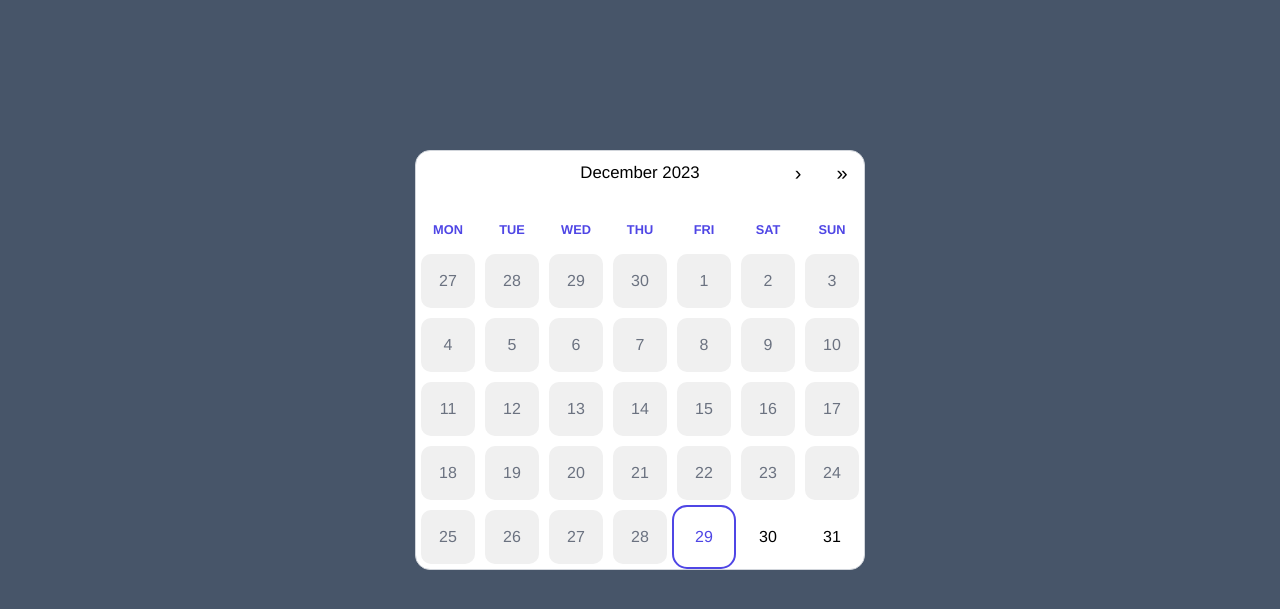
Repository: ImedBousakhria/appointment_system_prototype
Page: /
An editor plug-in stored every save of this project. The page is shown before and after a run of saves, followed by the edit.
The browser window is 1280 px wide. The pictures show the whole page.
The project was rebuilt for these pictures with package versions that can differ from the ones it lists, and the page was loaded fresh each time. Also part of the build but not shown: vite.config.js.

Above is the page before, as saved 2023-12-30 16:39:09.

After the next 2 saves:
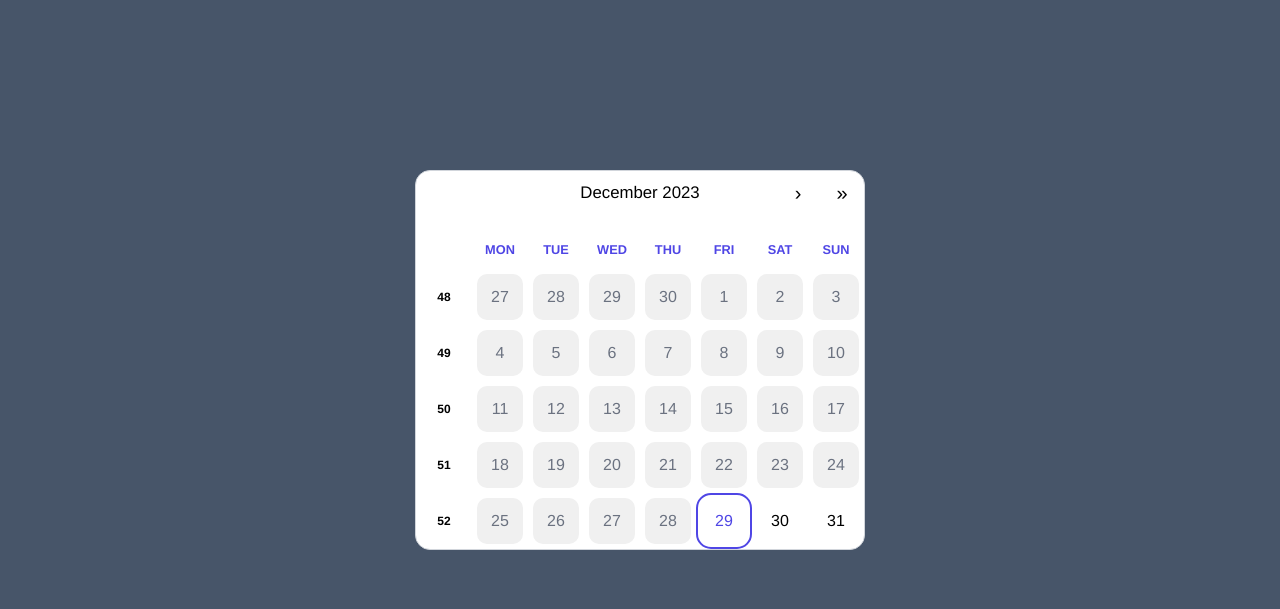
The 2 saves are shown as one change because they came seconds apart.
The last was saved 2 min 5 s later.
--- a/src/Calendar.jsx
+++ b/src/Calendar.jsx
@@ -42,6 +42,7 @@
   return (
     <div className=" bg-slate-600 flex gap-6 items-center h-screen justify-center">
       <ReactCalendar
+      showWeekNumbers
         minDate={new Date()}
         className="REACT-CALENDAR"
         view="month"

After the save that followed:
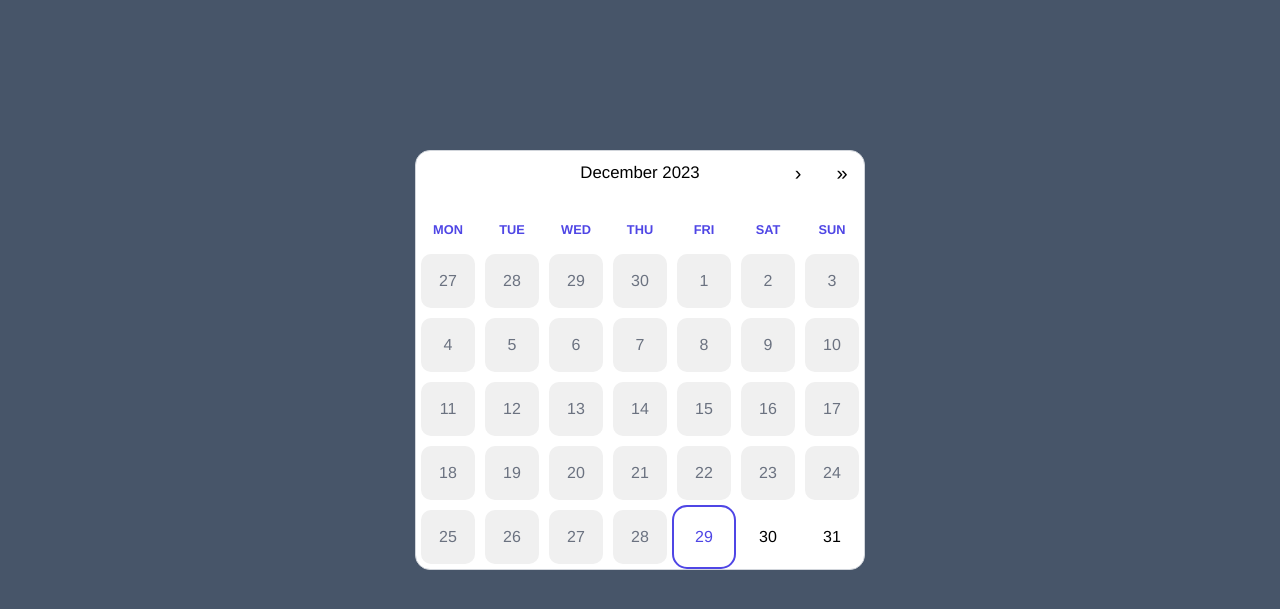
Saved 9 s later.
--- a/src/Calendar.jsx
+++ b/src/Calendar.jsx
@@ -42,7 +42,6 @@
   return (
     <div className=" bg-slate-600 flex gap-6 items-center h-screen justify-center">
       <ReactCalendar
-      showWeekNumbers
         minDate={new Date()}
         className="REACT-CALENDAR"
         view="month"
